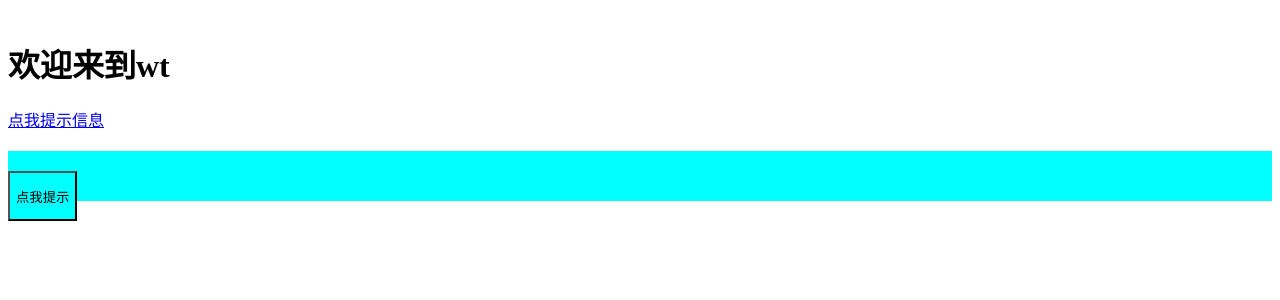
Repository: reggiepy/vueLeaning
Page: 07 事件处理/2 事件修饰符.html
The author's editor kept a copy of each file at every save. The page is drawn from the files as they stood at one save, then again after the next save.
The browser window is 1280 px wide. The pictures show the whole page.

Above is the page before, as saved 2021-12-05 18:31:32.

After the next save:
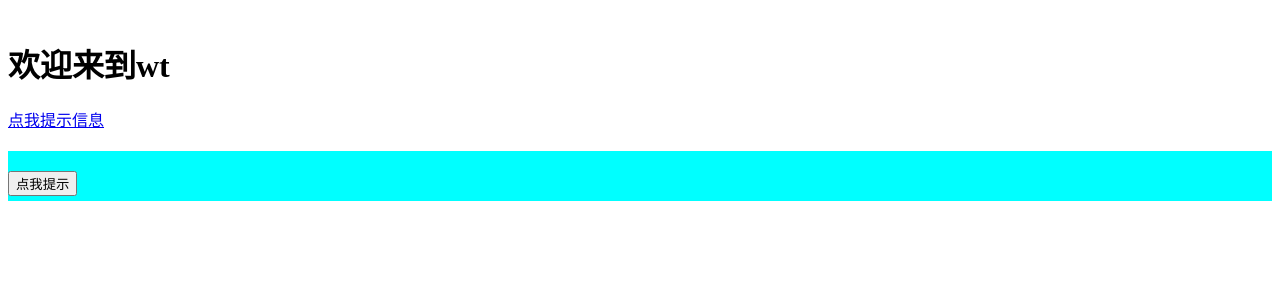
Saved 6 s later.
--- a/07 事件处理/2 事件修饰符.html
+++ b/07 事件处理/2 事件修饰符.html
@@ -21,7 +21,7 @@
         <h1>欢迎来到{{name}}</h1>
         <a href="https://www.baidu.com" @click.prevent="showInfo">点我提示信息</a>
         <div class="demon1" @click="showInfo">
-            <button @click="showInfo" class="demon1">点我提示</button>
+            <button @click="showInfo">点我提示</button>
         </div>
     </div>
 </body>
